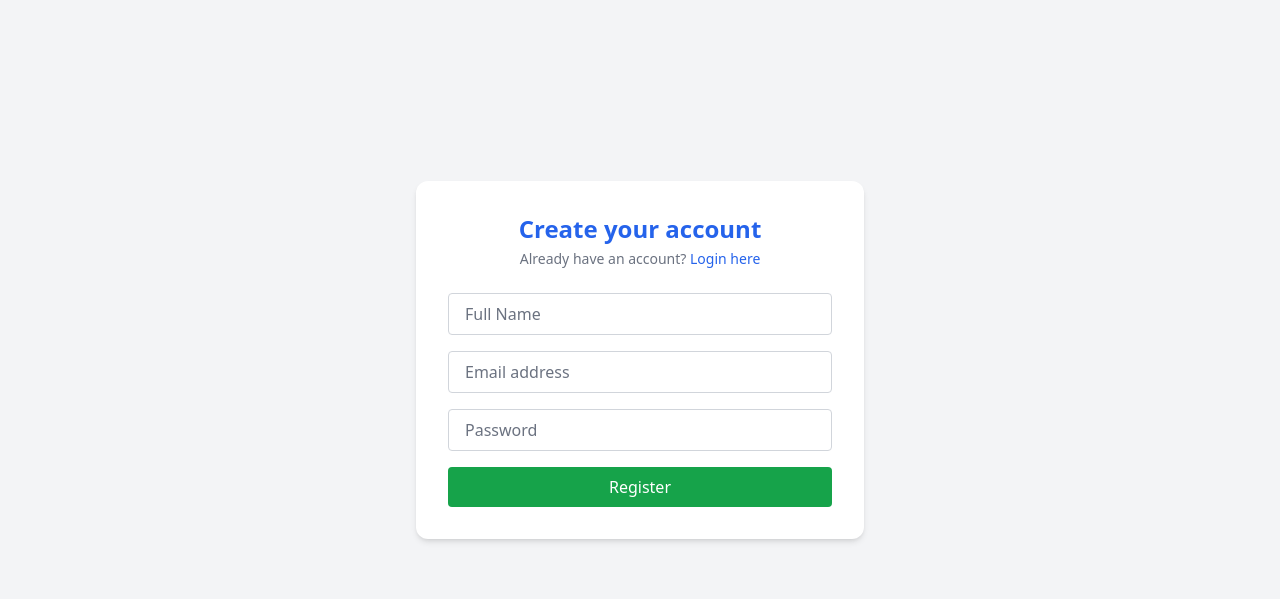
Repository: ruthvik-mt/Trackifi
Page: /register (app in frontend/)
These files come from the project's save history. The page is drawn as it stood at one moment and after the next save; the edit follows.
The browser window is 1280 px wide. The pictures show the whole page.
The project was rebuilt for these pictures with package versions that can differ from the ones it lists, and the page was loaded fresh each time. Also part of the build but not shown: frontend/vite.config.ts, frontend/src/hooks/useAuth.ts, frontend/src/pages/Auth/Login.tsx, frontend/src/components/Sidebar.tsx, frontend/src/components/Navbar.tsx, frontend/src/pages/Dashboard/Layout.tsx, frontend/src/pages/Dashboard/Dashboard.tsx, frontend/src/pages/Categories/CategoryForm.tsx and 21 more.

Above is the page before, as saved 2025-07-14 14:49:05.

After the next save:
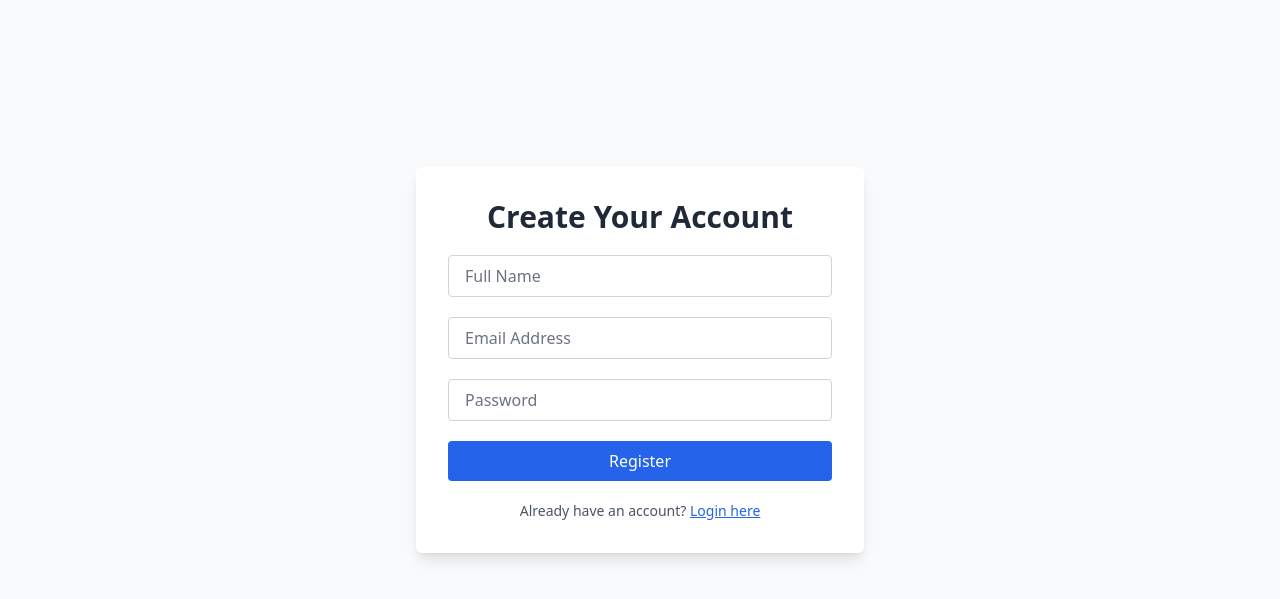
Saved 46 s later.
--- a/frontend/src/pages/Auth/Register.tsx
+++ b/frontend/src/pages/Auth/Register.tsx
@@ -1,6 +1,5 @@
-// src/pages/Auth/Register.tsx
 import { useState } from "react";
-import { useNavigate, Link } from "react-router-dom";
+import { useNavigate } from "react-router-dom";
 import axios from "../../axios";
 
 export default function Register() {
@@ -10,72 +9,92 @@ export default function Register() {
   const [error, setError] = useState("");
   const navigate = useNavigate();
 
-  const isStrongPassword = (pwd: string) =>
-    /^(?=.*[A-Z])(?=.*\d)(?=.*[@$!%*?&])[A-Za-z\d@$!%*?&]{8,}$/.test(pwd);
+  const validatePassword = (pwd: string) => {
+    return (
+      pwd.length >= 8 &&
+      /[A-Z]/.test(pwd) &&
+      /[a-z]/.test(pwd) &&
+      /[0-9]/.test(pwd) &&
+      /[\W_]/.test(pwd)
+    );
+  };
 
   const handleSubmit = async (e: React.FormEvent) => {
     e.preventDefault();
     setError("");
 
-    if (!isStrongPassword(password)) {
-      setError("Password must be at least 8 characters with uppercase, number, and special character.");
+    if (!validatePassword(password)) {
+      setError(
+        "Password must be at least 8 characters and include uppercase, lowercase, number, and symbol."
+      );
       return;
     }
 
     try {
-      await axios.post("/api/auth/register", { fullName, email, password });
+      await axios.post("/api/auth/register", {
+        fullName,
+        email,
+        password,
+      });
       navigate("/login");
-    } catch (_) {
-  setError("Something went wrong. Please try again.");
-}
+    } catch {
+      setError("Something went wrong. Please try again.");
+    }
   };
 
   return (
-    <div className="min-h-screen flex items-center justify-center bg-gray-100 px-4">
-      <div className="w-full max-w-md bg-white rounded-xl shadow-md p-8">
-        <div className="mb-6 text-center">
-          <h1 className="text-2xl font-bold text-blue-600 mb-1">Create your account</h1>
-          <p className="text-sm text-gray-500">
-            Already have an account?{" "}
-            <Link to="/login" className="text-blue-600 hover:underline">Login here</Link>
-          </p>
-        </div>
+    <div className="min-h-screen bg-gray-50 flex items-center justify-center">
+      <form
+        onSubmit={handleSubmit}
+        className="bg-white shadow-lg p-8 rounded-md w-full max-w-md space-y-5"
+      >
+        <h2 className="text-3xl font-bold text-center text-gray-800">
+          Create Your Account
+        </h2>
 
-        <form onSubmit={handleSubmit} className="space-y-4">
-          <input
-            className="w-full border border-gray-300 rounded px-4 py-2"
-            placeholder="Full Name"
-            value={fullName}
-            onChange={(e) => setFullName(e.target.value)}
-            required
-          />
-          <input
-            className="w-full border border-gray-300 rounded px-4 py-2"
-            placeholder="Email address"
-            type="email"
-            value={email}
-            onChange={(e) => setEmail(e.target.value)}
-            required
-          />
-          <input
-            className="w-full border border-gray-300 rounded px-4 py-2"
-            placeholder="Password"
-            type="password"
-            value={password}
-            onChange={(e) => setPassword(e.target.value)}
-            required
-          />
+        <input
+          className="w-full border border-gray-300 rounded px-4 py-2 focus:outline-none focus:ring-2 focus:ring-blue-500"
+          type="text"
+          placeholder="Full Name"
+          value={fullName}
+          onChange={(e) => setFullName(e.target.value)}
+          required
+        />
 
-          {error && <p className="text-red-500 text-sm">{error}</p>}
+        <input
+          className="w-full border border-gray-300 rounded px-4 py-2 focus:outline-none focus:ring-2 focus:ring-blue-500"
+          type="email"
+          placeholder="Email Address"
+          value={email}
+          onChange={(e) => setEmail(e.target.value)}
+          required
+        />
 
-          <button
-            type="submit"
-            className="w-full bg-green-600 text-white rounded py-2 hover:bg-green-700 transition"
-          >
-            Register
-          </button>
-        </form>
-      </div>
+        <input
+          className="w-full border border-gray-300 rounded px-4 py-2 focus:outline-none focus:ring-2 focus:ring-blue-500"
+          type="password"
+          placeholder="Password"
+          value={password}
+          onChange={(e) => setPassword(e.target.value)}
+          required
+        />
+
+        {error && <p className="text-red-500 text-sm">{error}</p>}
+
+        <button
+          type="submit"
+          className="w-full bg-blue-600 hover:bg-blue-700 text-white py-2 rounded transition"
+        >
+          Register
+        </button>
+
+        <p className="text-sm text-center text-gray-600">
+          Already have an account?{" "}
+          <a href="/login" className="text-blue-600 underline">
+            Login here
+          </a>
+        </p>
+      </form>
     </div>
   );
 }
